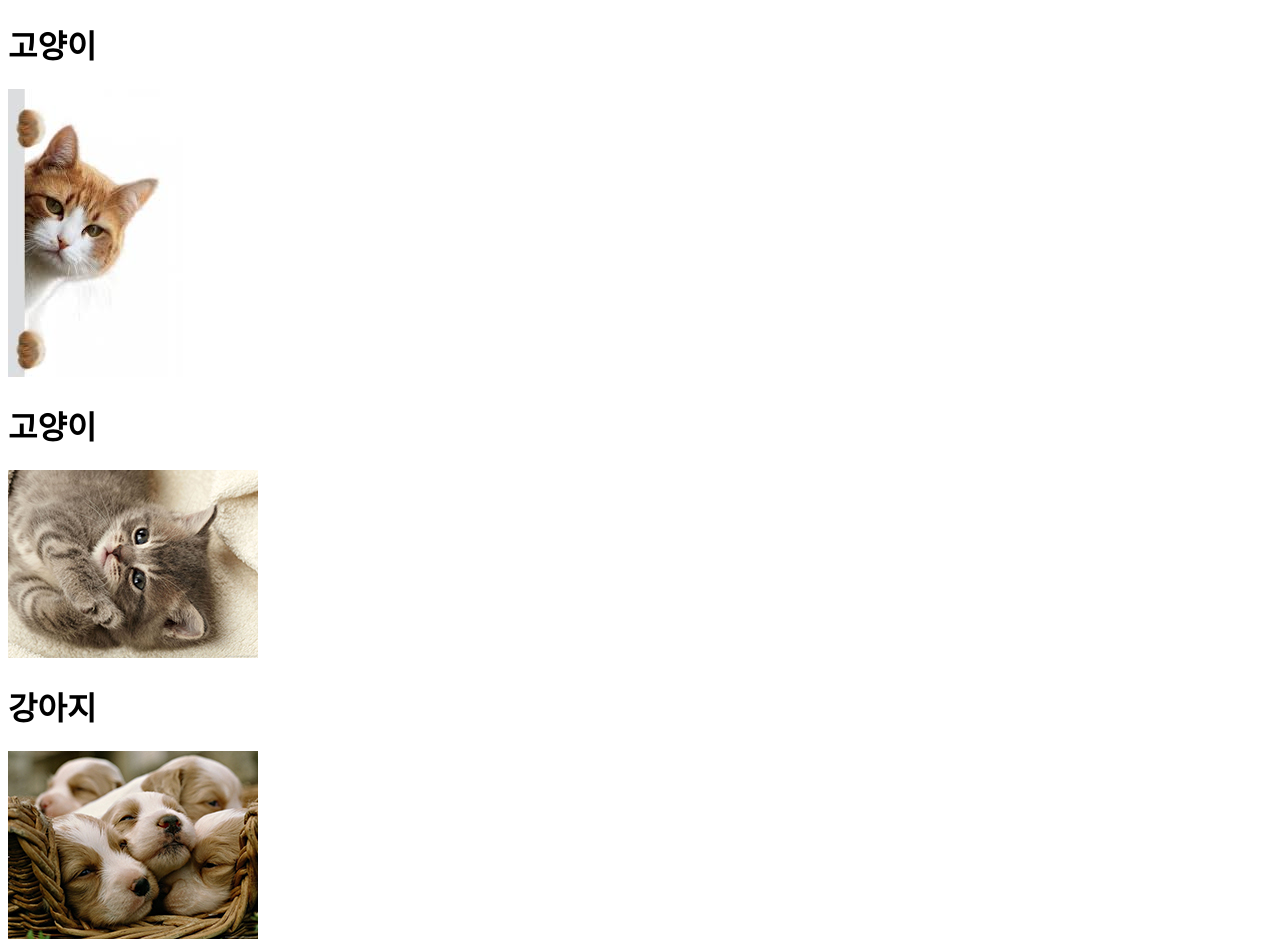
Repository: Chun0903/classStudy_github.io
Page: client/ClientTest/WebContent/ex12_image.html
The author's editor kept a copy of each file at every save. The page is drawn from the files as they stood at one save, then again after the next save.
The browser window is 1280 px wide. The pictures show the whole page.

Above is the page before, as saved 2020-06-19 05:40:39.

After the next save:
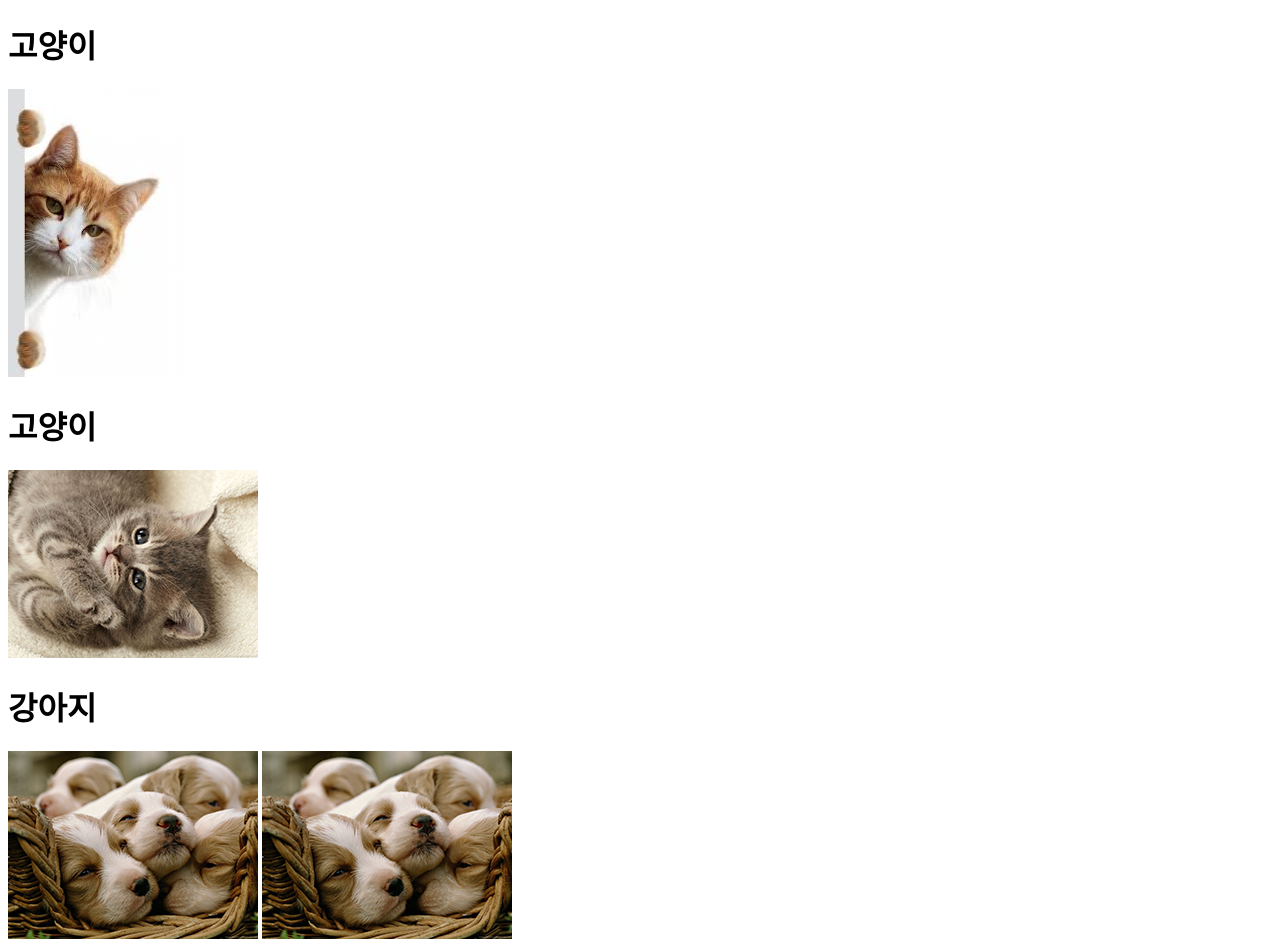
Saved 4 s later.
--- a/client/ClientTest/WebContent/ex12_image.html
+++ b/client/ClientTest/WebContent/ex12_image.html
@@ -32,6 +32,7 @@
 
 	<h1>강아지</h1>
 	<img src="images/dog01.jpg">
+	<img src="images/dog01.jpg">
 
 </body>
 </html>
